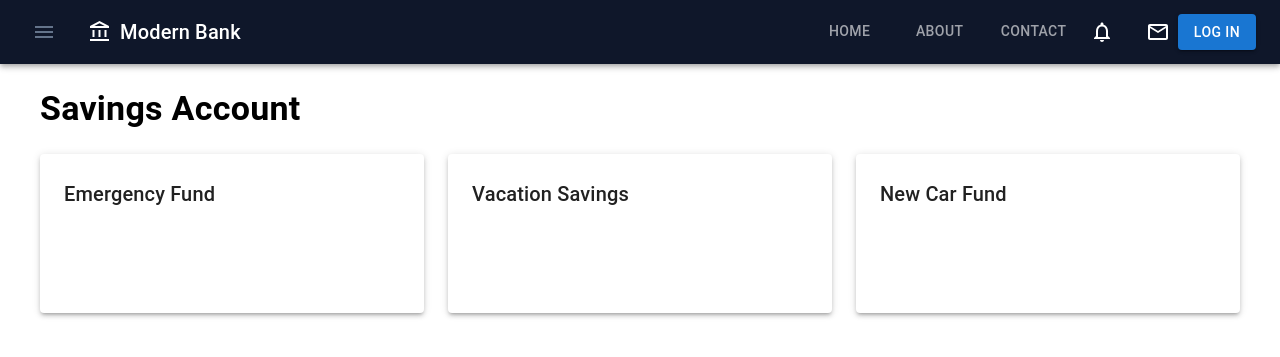
Repository: MohammadMazloum123/Moder-Bank-Full-Stack-Project
Page: /savings-account (app in Desktop/front-modernbank/front-modernbank/)
These files come from the project's save history. The page is drawn as it stood at one moment and after a run of saves; the edit follows.
The browser window is 1280 px wide. The pictures show the whole page.
The project was rebuilt for these pictures with package versions that can differ from the ones it lists, and the page was loaded fresh each time. Also part of the build but not shown: Desktop/front-modernbank/front-modernbank/src/components/HomePage.jsx, Desktop/front-modernbank/front-modernbank/src/transactions/NewTransaction.tsx, Desktop/front-modernbank/front-modernbank/src/transactions/TransactionsHistory.tsx.

Above is the page before, as saved 2024-11-18 17:19:44.

After the next 2 saves:
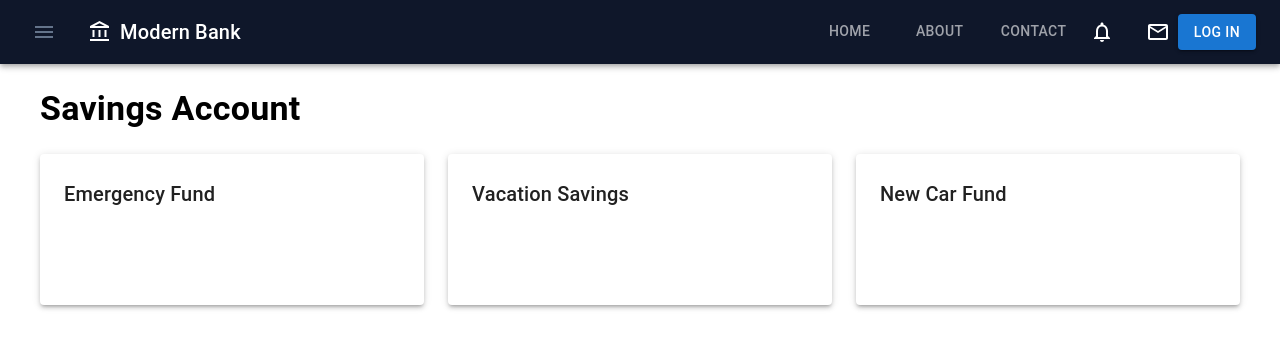
The 2 saves are shown as one change because they came seconds apart.
The last was saved 8 s later.
--- a/Desktop/front-modernbank/front-modernbank/src/savings/SavingsAccount.tsx
+++ b/Desktop/front-modernbank/front-modernbank/src/savings/SavingsAccount.tsx
@@ -60,7 +60,7 @@ return (
                 <Grid item xs={12} md={4} key={account.id}>
                     <Paper elevation={3} sx={{display:'flex', height:'100%', flexDirection:'column', p: 3}}>
                         <Typography variant='h6' gutterBottom>{account.name}</Typography>
-                        <Box sx={{display:'flex', justifyContent:'space-between', mb:3}}>
+                        <Box sx={{display:'flex', justifyContent:'space-between', mb:2}}>
 
                         </Box>
                     </Paper>
